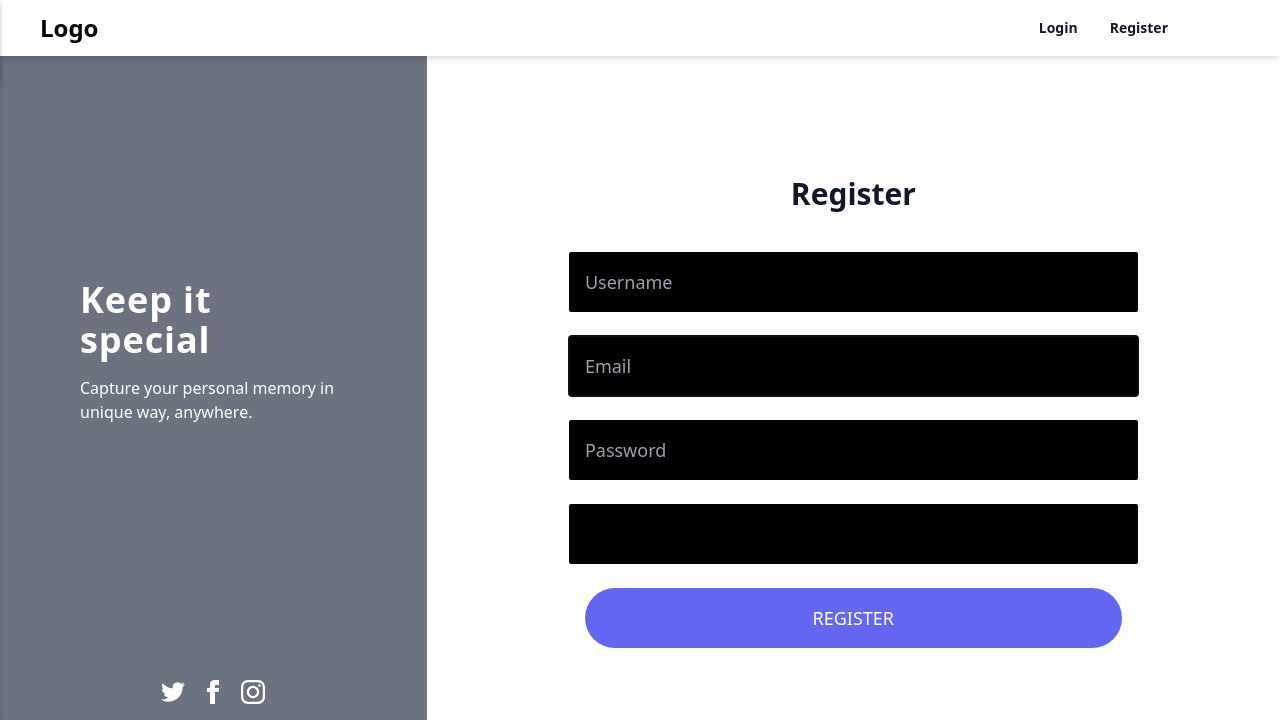
Repository: nation430/loginAuth-Nextjs
Page: /register
These files come from the project's save history. The page is drawn as it stood at one moment and after the next save; the edit follows.
The browser window is 1280 px wide. The pictures show the whole page.
The project was rebuilt for these pictures with package versions that can differ from the ones it lists, and the page was loaded fresh each time. The framework's server and built-in components were replaced by stand-ins that run in the browser. Also part of the build but not shown: next.config.js.

Above is the page before, as saved 2022-06-15 15:19:48.

### pages/register.js
import { useEffect, useState } from "react";
import { useRouter } from "next/router";
import { register } from "../lib/api";
import { useForm } from "react-hook-form";

// import { addUser } from "../redux/slice/authSlice";

const Register = () => {
  const [name, setName] = useState("");
  const [email, setEmail] = useState("");
  const [password, setPassword] = useState("");
  const [confirmPassword, setConfirmPassword] = useState("");
  const {
    register,
    handleSubmit,
    formState: { errors },
  } = useForm();
  const router = useRouter();
  // const dispatch = useDispatch();

  const onSubmit = (data) => {
    console.log(data);
  };
  // console.log(errors);

  const submit = async (e) => {
    e.preventDefault();

    const data = {
      name,
      email,
      password,
      confirm_password: confirmPassword,
    };

    try {
      const res = await register(data);

      const { token, user } = res;
      console.log(token);

      router.push("/todos");
    } catch (error) {}
    // try {

    // } catch (error) {}

    // await router.push("/login");

    // dispatch(addUser(res));

    // await router.push("/login");
  };

  // useEffect(() => {
  //   if (!token) {
  //     router.push("/register");
  //   } else {
  //     router.push("/todos");
  //   }
  // });

  return (
    <section className="min-h-screen flex items-stretch text-white ">
      <div className="lg:flex w-1/2 bg-gray-500  relative items-center">
        <div className="w-full px-20 ">
          <h1 className="text-4xl font-bold text-left tracking-wide">
            Keep it special
          </h1>
          <p className="text-base my-4">
            Capture your personal memory in unique way, anywhere.
          </p>
        </div>
        <div className="bottom-0 absolute p-4 text-center right-0 left-0 flex justify-center space-x-4">
          <span>
            <svg
              fill="#fff"
              xmlns="http://www.w3.org/2000/svg"
              width="24"
              height="24"
              viewBox="0 0 24 24"
            >
              <path d="M24 4.557c-.883.392-1.832.656-2.828.775 1.017-.609 1.798-1.574 2.165-2.724-.951.564-2.005.974-3.127 1.195-.897-.957-2.178-1.555-3.594-1.555-3.179 0-5.515 2.966-4.797 6.045-4.091-.205-7.719-2.165-10.148-5.144-1.29 2.213-.669 5.108 1.523 6.574-.806-.026-1.566-.247-2.229-.616-.054 2.281 1.581 4.415 3.949 4.89-.693.188-1.452.232-2.224.084.626 1.956 2.444 3.379 4.6 3.419-2.07 1.623-4.678 2.348-7.29 2.04 2.179 1.397 4.768 2.212 7.548 2.212 9.142 0 14.307-7.721 13.995-14.646.962-.695 1.797-1.562 2.457-2.549z" />
            </svg>
          </span>
          <span>
            <svg
              fill="#fff"
              xmlns="http://www.w3.org/2000/svg"
              width="24"
              height="24"
              viewBox="0 0 24 24"
            >
              <path d="M9 8h-3v4h3v12h5v-12h3.642l.358-4h-4v-1.667c0-.955.192-1.333 1.115-1.333h2.885v-5h-3.808c-3.596 0-5.192 1.583-5.192 4.615v3.385z" />
            </svg>
          </span>
          <span>
            <svg
              fill="#fff"
              xmlns="http://www.w3.org/2000/svg"
              width="24"
              height="24"
              viewBox="0 0 24 24"
            >
              <path d="M12 2.163c3.204 0 3.584.012 4.85.07 3.252.148 4.771 1.691 4.919 4.919.058 1.265.069 1.645.069 4.849 0 3.205-.012 3.584-.069 4.849-.149 3.225-1.664 4.771-4.919 4.919-1.266.058-1.644.07-4.85.07-3.204 0-3.584-.012-4.849-.07-3.26-.149-4.771-1.699-4.919-4.92-.058-1.265-.07-1.644-.07-4.849 0-3.204.013-3.583.07-4.849.149-3.227 1.664-4.771 4.919-4.919 1.266-.057 1.645-.069 4.849-.069zm0-2.163c-3.259 0-3.667.014-4.947.072-4.358.2-6.78 2.618-6.98 6.98-.059 1.281-.073 1.689-.073 4.948 0 3.259.014 3.668.072 4.948.2 4.358 2.618 6.78 6.98 6.98 1.281.058 1.689.072 4.948.072 3.259 0 3.668-.014 4.948-.072 4.354-.2 6.782-2.618 6.979-6.98.059-1.28.073-1.689.073-4.948 0-3.259-.014-3.667-.072-4.947-.196-4.354-2.617-6.78-6.979-6.98-1.281-.059-1.69-.073-4.949-.073zm0 5.838c-3.403 0-6.162 2.759-6.162 6.162s2.759 6.163 6.162 6.163 6.162-2.759 6.162-6.163c0-3.403-2.759-6.162-6.162-6.162zm0 10.162c-2.209 0-4-1.79-4-4 0-2.209 1.791-4 4-4s4 1.791 4 4c0 2.21-1.791 4-4 4zm6.406-11.845c-.796 0-1.441.645-1.441 1.44s.645 1.44 1.441 1.44c.795 0 1.439-.645 1.439-1.44s-.644-1.44-1.439-1.44z" />
            </svg>
          </span>
        </div>
      </div>

      <div className="w-full py-6 z-20 mt-32">
        <div className="lg:flex justify-center py-6 text-3xl text-gray-900 font-semibold">
          Register
        </div>

        <form
          onSubmit={handleSubmit(onSubmit)}
          className="sm:w-2/3 w-full px-4 lg:px-0 mx-auto"
        >
          <div className="pb-2 pt-4">
            <input
              type="name"
              name="username"
              {...register("username", { required: "username is required" })}
              placeholder="Username"
              className="block w-full p-4 text-lg rounded-sm bg-black"
              autoFocus
              onChange={(e) => setName(e.target.value)}
            />
            {errors.username && (
              <p className="text-red-600">{errors.username.message}</p>
            )}
          </div>
          <div className="pb-2 pt-4">
            <input
              type="email"
              name="email"
              {...register("email", { required: "email is required" })}
              placeholder="Email"
              className="block w-full p-4 text-lg rounded-sm bg-black"
              autoFocus
              onChange={(e) => setEmail(e.target.value)}
            />
            {errors.email && (
              <p className="text-red-600">{errors.email.message}</p>
            )}
          </div>
          <div className="pb-2 pt-4">
            <input
              className="block w-full p-4 text-lg rounded-sm bg-black"
              type="password"
              name="password"
              {...register("password", { required: "password is required" })}
              placeholder="Password"
              onChange={(e) => setPassword(e.target.value)}
            />
            {errors.password && (
              <p className="text-red-600">{errors.password.message}</p>
            )}
          </div>

          <div className="pb-2 pt-4">
            <input
              className="block w-full p-4 text-lg rounded-sm bg-black"
              type="password"
              name="password"
              {...register("confirmPassword", {
                required: "confirmPassword is required",
              })}
              ceholder=" confirm Password"
              onChange={(e) => setConfirmPassword(e.target.value)}
            />
            {errors.confirmPassword && (
              <p className="text-red-600">{errors.confirmPassword.message}</p>
            )}
          </div>
          <div className="px-4 pb-2 pt-4">
            <button
              type="submit"
              className="uppercase block w-full p-4 text-lg rounded-full bg-indigo-500 hover:bg-indigo-600 focus:outline-none"
            >
              Register
            </button>
          </div>
        </form>
      </div>
    </section>
  );
};

export default Register;

### components/Layout.js
import Meta from "./Meta";
import Nav from "./Nav";

const Layout = (props) => {
  return (
    <>
      <Meta />
      <Nav />
      <div>
        <main className="">{props.children}</main>
      </div>
    </>
  );
};

export default Layout;

### styles/globals.css
html,
body {
  padding: 0;
  margin: 0;

}

a {
  color: inherit;
  text-decoration: none;
}

* {
  box-sizing: border-box;
}
@tailwind base;
@tailwind components;
@tailwind utilities;


.bg-img{
position: absolute;
width: 1440px;
height: 736px;
left: 0px;
top: 111px;

background: rgba(0, 0, 0, 0.45);

}

### lib/api.js
import axios from "axios";
import Cookies from "js-cookie";
import nextCookies from "next-cookies";

const getToken = (ctx) => {
  if (!ctx) return Cookies.get("_token");
  return nextCookies(ctx)?._token;
};

export const auth = (ctx) =>
  axios.create({
    baseURL: `https://playtodos.herokuapp.com/api/v1/`,
    timeout: 30000,
    headers: {
      Accept: "application/json",
      Authorization: `Bearer ${getToken(ctx)}`,
    },
  });

export const register = async (data) => {
  try {
    const res = await axios.post(
      "https://playtodos.herokuapp.com/api/v1/register",
      data
    );

    localStorage.setItem("token", res.data.token);

    return res.data;
    // const { user, token } = res.data;
    // console.log(user, token);
  } catch (error) {
    console.log(error);
  }

  // .then((item) => console.log(item));
};

export const login = async (data) => {
  return axios
    .post("https://playtodos.herokuapp.com/api/v1/login", data)
    .then((item) => item.data)
    .catch((e) => e.error);
};

export const todos = async (ctx) => {
  return auth(ctx)
    .get("/todos")
    .then((item) => item.data)
    .catch((e) => e.error);
};

### components/Meta.js
import Head from "next/head";

const Meta = ({ title, keywords, description }) => {
  return (
    <Head>
      <meta
        name="viewport"
        content="width=device-width,
            initial-scale=1"
      />
      <meta name="keywords" content={keywords} />
      <meta name="description" content={description} />
      <meta charSet="utf-8" />
      <link rel="icon" href="/favicon.icon" />
      <title>{title}</title>
    </Head>
  );
};

Meta.defaultProps = {
  title: "todolist-app",
  keywords: "web development, programming",
  description: "todolist-app",
};
export default Meta;

### components/Nav.js
import Link from "next/link";
import { useState } from "react";

function NavLink({ to, children }) {
  return (
    <a href={to} className={`mx-4 `}>
      {children}
    </a>
  );
}

function MobileNav({ open, setOpen }) {
  return (
    <div
      className={`absolute top-0 left-0 h-screen w-screen
        bg-white transform ${open ? "-translate-x-0" : "-translate-x-full"}
        transition-transform duration-300 ease-in-out
        filter drop-shadow-md text-mycolor3-600 font-bold text-xl`}
    >
      <div className="flex items-center justify-center filter drop-shadow-md bg-white h-20">
        {""}
      </div>
      <div className="flex flex-col ml-4 text-base space-y-4">
        <Link
          className=" font-normal   "
          href="/login"
          // onClick={() =>
          //   setTimeout(() => {
          //     setOpen(!open);
          //   }, 100)
          // }
        >
          Login
        </Link>
        <Link
          className="font-normal "
          href="/register"
          // onClick={() =>
          //   setTimeout(() => {
          //     setOpen(!open);
          //   }, 100)
          // }
        >
          Register
        </Link>
      </div>
    </div>
  );
}

const Nav = () => {
  const [open, setOpen] = useState(false);
  return (
    <div className="w-full fixed top-0 animated z-40 justify-between ">
      <nav className="flex  filter drop-shadow-md bg-white sm:px-10  py-4 h-14 items-center">
        <MobileNav open={open} setOpen={setOpen} />
        <div className="w-6/12 flex items-center">
          <a className="text-2xl font-semibold " href="/">
            <p>Logo</p>
          </a>
        </div>
        <div className=" w-6/12 flex justify-end mr-14 items-center">
          <div
            className="z-50 flex relative w-8 h-8 flex-col justify-between items-center md:hidden"
            onClick={() => {
              setOpen(!open);
            }}
          >
            {/* hamburger button */}
            <span
              className={`h-1 w-full bg-black rounded-lg transform transition duration-300 ease-in-out ${
                open ? "rotate-45 translate-y-3.5" : ""
              }`}
            />
            <span
              className={`h-1 w-full bg-black rounded-lg transition-all duration-300 ease-in-out ${
                open ? "w-0" : "w-full"
              }`}
            />
            <span
              className={`h-1 w-full bg-black rounded-lg transform transition duration-300 ease-in-out ${
                open ? "-rotate-45 -translate-y-3.5" : ""
              }`}
            />
          </div>

          <div className="hidden md:flex text-gray-900  font-semibold text-sm">
            <NavLink to="/login">Login</NavLink>
            <NavLink to="/register">Register</NavLink>
          </div>
        </div>
      </nav>
    </div>
  );
};

export default Nav;

Loaded but not shown: pages/_app.js (common file); tailwind.config.js (common file)

After the next save:
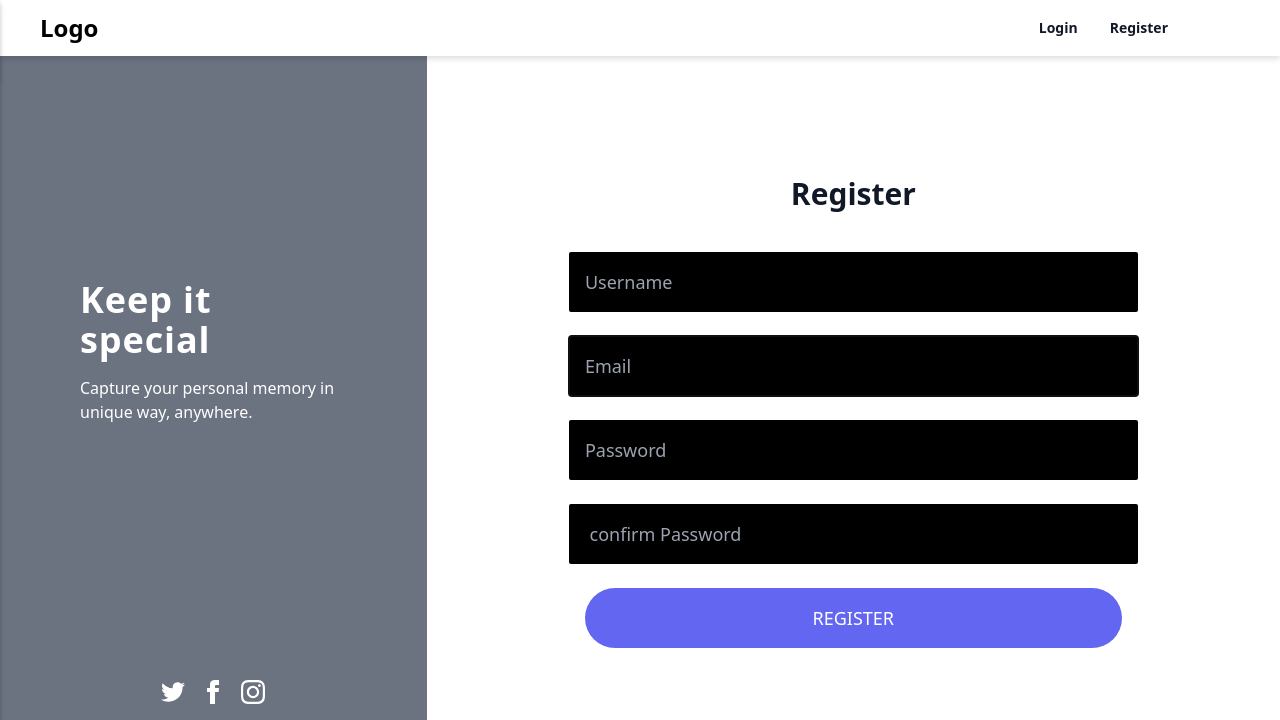
Saved 41 s later.
--- a/pages/register.js
+++ b/pages/register.js
@@ -167,7 +167,7 @@ const Register = () => {
               {...register("confirmPassword", {
                 required: "confirmPassword is required",
               })}
-              ceholder=" confirm Password"
+              placeholder=" confirm Password"
               onChange={(e) => setConfirmPassword(e.target.value)}
             />
             {errors.confirmPassword && (
